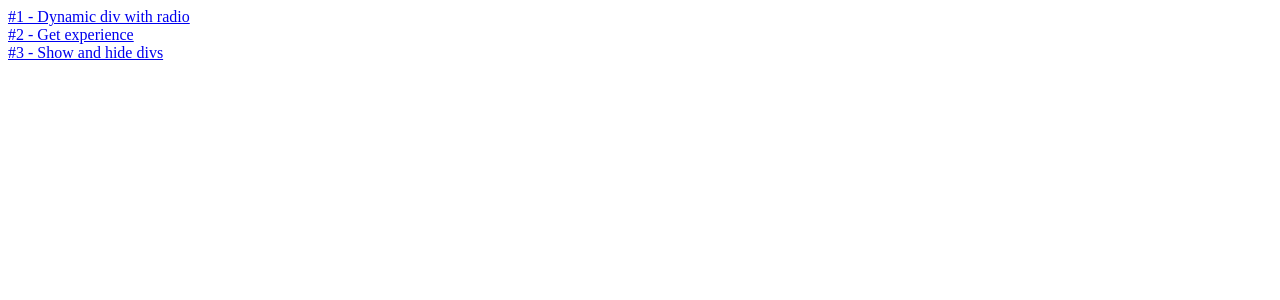
Repository: edsonjuniornarvaes/events-utils
Page: index.html
These files come from the project's save history. The page is drawn as it stood at one moment and after the next save; the edit follows.
The browser window is 1280 px wide. The pictures show the whole page.

Above is the page before, as saved 2020-07-27 20:40:12.

After the next save:
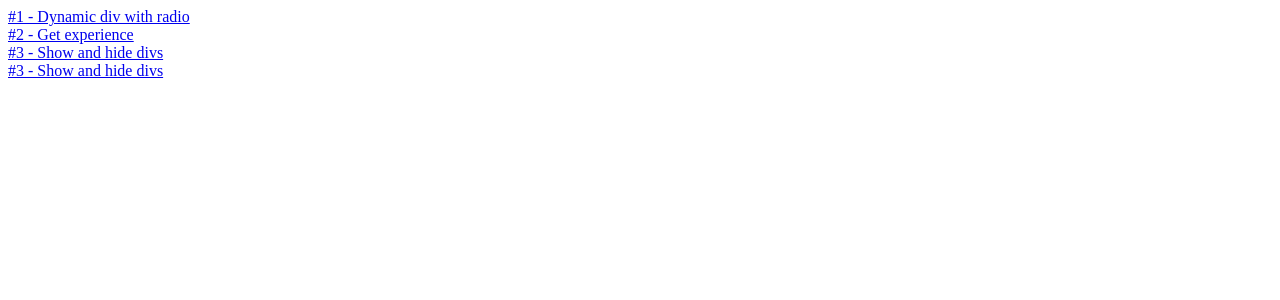
Saved 7 s later.
--- a/index.html
+++ b/index.html
@@ -13,6 +13,9 @@
     <div class="row">
         <a href="resources/views/show-hide-divs/show-hide-divs.page.html">#3 - Show and hide divs</a>
     </div>
+    <div class="row">
+        <a href="resources/views/show-hide-divs/show-hide-divs.page.html">#3 - Show and hide divs</a>
+    </div>
 </head>
 <body>
 
